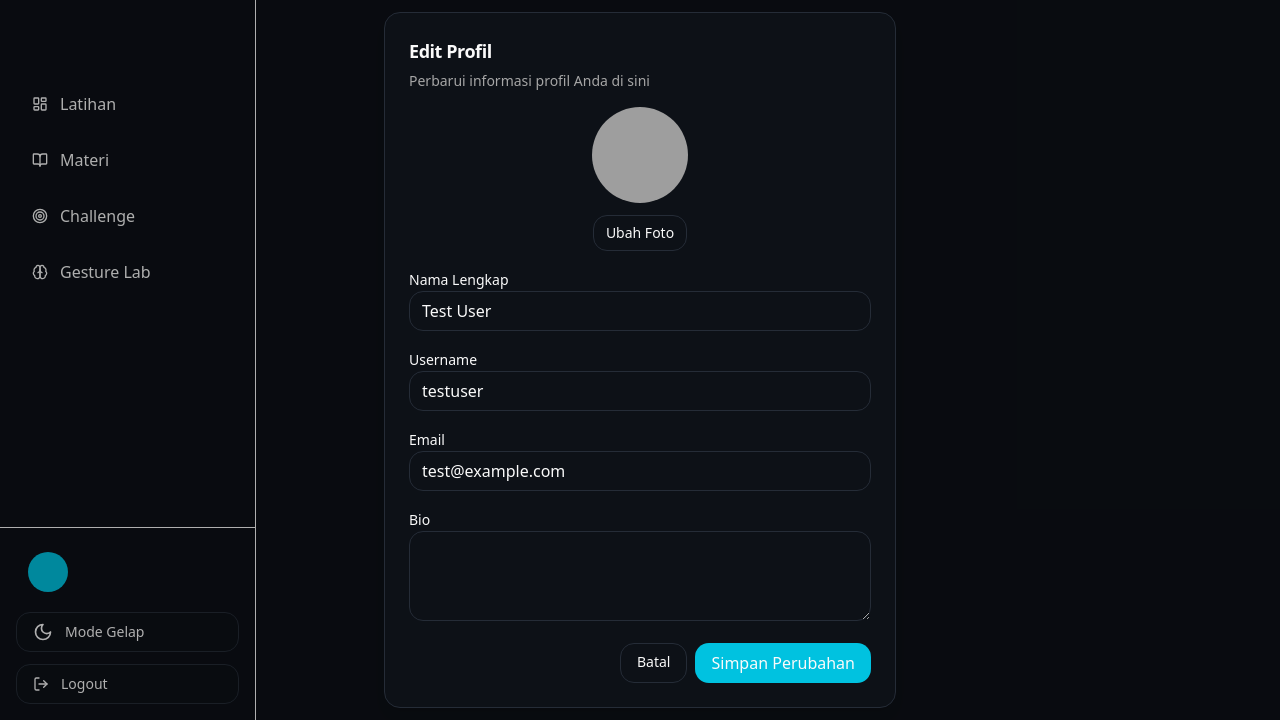
Repository: Tisna7/GESTURA
Page: http://localhost/profile/edit
An editor plug-in stored every save of this project. The page is shown before and after the next save, followed by the edit.
The browser window is 1280 px wide. The pictures show the whole page.
Pictures or frames that could not be fetched are drawn as grey boxes. The page is served by the project's Laravel application, run on PHP 8.4 with Laravel 12. A made-up administrator, Test User (test@example.com), is signed in. Other server files are loaded and not shown. Style sheets and scripts are compiled from the project's sources, by tool versions that may differ from the author's.

Above is the page before, as saved 2025-11-23 14:29:53.

### app/Providers/AppServiceProvider.php
<?php

namespace App\Providers;

use Illuminate\Support\ServiceProvider;

class AppServiceProvider extends ServiceProvider
{
    /**
     * Register any application services.
     */
    public function register(): void
    {

    }

    /**
     * Bootstrap any application services.
     */
    public function boot(): void
    {

    }
}

### routes/web.php
<?php

use Illuminate\Support\Facades\Route;
use App\Http\Controllers\AuthController;
use App\Http\Controllers\ProfileController;

Route::get('/', function () {
    return view('landingpage');
});

Route::get('/auth', [AuthController::class, 'showPage'])->name('auth.page');

// Route::post('/register', [AuthController::class, 'register'])->name('register');

// Route::post('/login', [AuthController::class, 'login'])->name('login');
// Route::post('/logout', [AuthController::class, 'logout'])->name('logout');


// REGISTER
Route::post('/register', [AuthController::class, 'register'])->name('auth.register');

// LOGIN
Route::post('/login', [AuthController::class, 'login'])->name('auth.login');

// LOGIN GUEST
Route::get('/login/guest', [AuthController::class, 'loginGuest'])->name('auth.guest');

// LOGOUT
Route::get('/logout', [AuthController::class, 'logout'])->name('auth.logout');


Route::get('/profile/edit', [ProfileController::class, 'edit'])->name('profile.edit');
Route::post('/profile/update', [ProfileController::class, 'update'])->name('profile.update');


Route::get('/profile', function () {
    return view('user.profile');
});
Route::get('/materi', function () {
    return view('user.materi');
});
Route::get('/gesturelab', function () {
    return view('user.gesture-lab-practice');
});
Route::get('/gesture-lab-translate', function () {
    return view('user.gesture-lab-translate');
});
Route::get('/materi-isi', function () {
    return view('user.materi-isi');
});
Route::get('/latihan', function () {
    return view('user.quiz');
});
Route::get('/Challenge', function () {
    return view('user.challenge');
});
Route::get('/Challenge-isi', function () {
    return view('user.challenge-isi');
});

### app/Http/Controllers/ProfileController.php
<?php

namespace App\Http\Controllers;

use Illuminate\Http\Request;
use Illuminate\Support\Facades\Auth;

class ProfileController extends Controller
{
    public function edit()
    {
        $user = Auth::user();
        return view('user.profile-edit', compact('user'));
    }

    public function update(Request $request)
    {
        $request->validate([
            'name'     => 'required|string|max:255',
            'username' => 'required|string|max:255|unique:users,username,' . Auth::id(),
            'bio'      => 'nullable|string|max:255',
        ]);

        $user = Auth::user();

        $user->update([
            'name'     => $request->name,
            'username' => $request->username,
            'bio'      => $request->bio,
        ]);

        return back()->with('success', 'Profile berhasil diperbarui!');
    }
}

### resources/views/user/profile-edit.blade.php
@extends('app')
@section('title', 'Edit Profil')

@section('content')

{{-- Sidebar --}}
<x-sidebar-user></x-sidebar-user>

{{-- Konten Halaman --}}
<div class="ml-[16rem] p-6">
    {{-- (optional) Isi konten lain di sini --}}
</div>

{{-- ======================== MODAL ======================== --}}
<div class="fixed inset-0 z-50 flex items-center justify-center bg-black/30">

    <div class="w-full max-w-lg bg-background border p-6 shadow-lg rounded-lg animate-in fade-in zoom-in">

        {{-- Header --}}
        <div class="flex flex-col space-y-1.5 text-center sm:text-left">
            <h2 class="text-lg font-semibold">Edit Profil</h2>
            <p class="text-sm text-muted-foreground">Perbarui informasi profil Anda di sini</p>
        </div>

        {{-- Form --}}
        <form action="{{ route('profile.update') }}" method="POST" class="mt-4">
            @csrf

            {{-- FOTO --}}
            <div class="flex flex-col items-center gap-3 mb-4">
                <span class="relative flex overflow-hidden rounded-full h-24 w-24 border-4 border-primary/20">
                    <img class="h-full w-full object-cover"
                         src="https://api.dicebear.com/7.x/avataaars/svg?seed={{ $user->username ?? 'user' }}">
                </span>

                <button type="button"
                    class="inline-flex items-center gap-2 border rounded-md h-9 px-3 text-sm hover:bg-accent hover:text-accent-foreground">
                     Ubah Foto
                </button>
            </div>

            {{-- INPUT --}}
            <div class="space-y-4">

                <div>
                    <label class="text-sm font-medium">Nama Lengkap</label>
                    <input type="text" name="name"
                        value="{{ old('name', $user->name) }}"
                        class="w-full h-10 rounded-md border px-3 py-2">
                </div>

                <div>
                    <label class="text-sm font-medium">Username</label>
                    <input type="text" name="username"
                        value="{{ old('username', $user->username) }}"
                        class="w-full h-10 rounded-md border px-3 py-2">
                </div>

                <div>
                    <label class="text-sm font-medium">Email</label>
                    <input type="email" name="email"
                        value="{{ old('email', $user->email) }}"
                        class="w-full h-10 rounded-md border px-3 py-2">
                </div>

                <div>
                    <label class="text-sm font-medium">Bio</label>
                    <textarea name="bio" rows="3"
                        class="w-full rounded-md border px-3 py-2">{{ old('bio', $user->bio) }}</textarea>
                </div>

            </div>

            {{-- BUTTONS --}}
            <div class="flex justify-end gap-2 pt-4">
                <a href="/profile"
                    class="border rounded-md px-4 py-2 text-sm hover:bg-accent">
                    Batal
                </a>
<a href="/profile">
                <button type="submit"
                    class="bg-primary text-white rounded-md px-4 py-2 hover:bg-primary/90">
                    Simpan Perubahan
                </button>
            </div>
</a>
        </form>

    </div>
</div>

@endsection

### resources/views/components/sidebar-user.blade.php
@php
    use Illuminate\Support\Facades\Auth;
@endphp



<aside
    class="fixed top-0 left-0 h-full bg-sidebar border-r border-sidebar-border shadow-medium z-40 transition-transform duration-300 -translate-x-full lg:translate-x-0 w-64">
    <div class="flex flex-col h-full">

        {{-- LOGO --}}
        <div class="hidden lg:flex items-center gap-2 p-6 border-b border-sidebar-border">
            <div class="w-10 h-10 rounded-full bg-gradient-hero flex items-center justify-center shadow-soft">
                <img src="{{ asset('images/logo.png') }}" alt="MindCare Logo" class="w-8 h-8">
            </div>
            <div>
                <span class="text-xl font-bold bg-gradient-to-r from-primary to-accent bg-clip-text text-transparent block">
                    MindCare
                </span>
            </div>
        </div>

        {{-- MENU --}}
        <nav class="flex-1 p-4 space-y-2 overflow-y-auto mt-16 lg:mt-0">

            {{-- Latihan --}}
            <a class="{{ request()->is('latihan') ? 'bg-sidebar-accent text-sidebar-accent-foreground font-medium shadow-soft'
                : 'text-sidebar-foreground hover:bg-sidebar-accent/50' }}
                flex items-center gap-3 px-4 py-3 rounded-xl transition-smooth"
                href="/latihan">

                <svg xmlns="http://www.w3.org/2000/svg" viewBox="0 0 24 24"
                    fill="none" stroke="currentColor" stroke-width="2"
                    stroke-linecap="round" stroke-linejoin="round"
                    class="lucide lucide-layout-dashboard w-4 h-4">
                    <rect width="7" height="9" x="3" y="3" rx="1"></rect>
                    <rect width="7" height="5" x="14" y="3" rx="1"></rect>
                    <rect width="7" height="9" x="14" y="12" rx="1"></rect>
                    <rect width="7" height="5" x="3" y="16" rx="1"></rect>
                </svg>

                <span>Latihan</span>
            </a>

            {{-- Materi --}}
            <a class="{{ request()->is('materi') ? 'bg-sidebar-accent text-sidebar-accent-foreground font-medium shadow-soft'
                : 'text-sidebar-foreground hover:bg-sidebar-accent/50' }}
                flex items-center gap-3 px-4 py-3 rounded-xl transition-smooth"
                href="/materi">

                <svg xmlns="http://www.w3.org/2000/svg" viewBox="0 0 24 24"
                    fill="none" stroke="currentColor" stroke-width="2"
                    stroke-linecap="round" stroke-linejoin="round"
                    class="lucide lucide-book-open w-4 h-4">
                    <path d="M12 7v14"></path>
                    <path
                        d="M3 18a1 1 0 0 1-1-1V4a1 1 0 0 1 1-1h5a4 4 0 0 1 4 4 4 4 0 0 1 4-4h5a1 1 0 0 1 1 1v13a1 1 0 0 1-1 1h-6a3 3 0 0 0-3 3 3 3 0 0 0-3-3z">
                    </path>
                </svg>

                <span>Materi</span>
            </a>

            {{-- Challenge --}}
            <a class="{{ request()->is('Challenge') ? 'bg-sidebar-accent text-sidebar-accent-foreground font-medium shadow-soft'
                : 'text-sidebar-foreground hover:bg-sidebar-accent/50' }}
                flex items-center gap-3 px-4 py-3 rounded-xl transition-smooth"
                href="/Challenge">

                <svg xmlns="http://www.w3.org/2000/svg" viewBox="0 0 24 24"
                    fill="none" stroke="currentColor" stroke-width="2"
                    stroke-linecap="round" stroke-linejoin="round"
                    class="lucide lucide-target w-4 h-4">
                    <circle cx="12" cy="12" r="10"></circle>
                    <circle cx="12" cy="12" r="6"></circle>
                    <circle cx="12" cy="12" r="2"></circle>
                </svg>

                <span>Challenge</span>
            </a>

            {{-- Gesture Lab --}}
            <a class="{{ request()->is('gesturelab') ? 'bg-sidebar-accent text-sidebar-accent-foreground font-medium shadow-soft'
                : 'text-sidebar-foreground hover:bg-sidebar-accent/50' }}
                flex items-center gap-3 px-4 py-3 rounded-xl transition-smooth"
                href="/gesturelab">

                <svg xmlns="http://www.w3.org/2000/svg" viewBox="0 0 24 24"
                    fill="none" stroke="currentColor" stroke-width="2"
                    stroke-linecap="round" stroke-linejoin="round"
                    class="lucide lucide-brain w-4 h-4">

                    <path d="M12 5a3 3 0 1 0-5.997.125 4 4 0 0 0-2.526 5.77 4 4 0 0 0 .556 6.588A4 4 0 1 0 12 18Z"></path>
                    <path d="M12 5a3 3 0 1 1 5.997.125 4 4 0 0 1 2.526 5.77 4 4 0 0 1-.556 6.588A4 4 0 1 1 12 18Z"></path>
                    <path d="M15 13a4.5 4.5 0 0 1-3-4 4.5 4.5 0 0 1-3 4"></path>

                </svg>

                <span>Gesture Lab</span>
            </a>
        </nav>

        {{-- BOTTOM SECTION --}}
        <div class="p-4 border-t border-sidebar-border space-y-3">

            {{-- User Button --}}
            <button
                class="w-full flex items-center gap-3 px-3 py-2 rounded-xl hover:bg-sidebar-accent transition-smooth"
                type="button">
                <span class="relative flex items-center justify-center shrink-0 overflow-hidden rounded-full w-10 h-10 bg-primary"></span>
                <div class="flex-1 text-left">
                    <p class="text-sm font-medium text-sidebar-foreground"></p>
                    <p class="text-xs text-muted-foreground"></p>
                </div>
            </button>

            {{-- Mode Gelap --}}
            <button
                class="inline-flex items-center whitespace-nowrap rounded-md text-sm font-medium border border-input bg-background hover:bg-accent hover:text-accent-foreground h-10 px-4 py-2 w-full justify-start gap-3 hover:bg-accent transition-smooth">
                <svg xmlns="http://www.w3.org/2000/svg" viewBox="0 0 24 24"
                    fill="none" stroke="currentColor" stroke-width="2"
                    stroke-linecap="round" stroke-linejoin="round"
                    class="lucide lucide-moon w-4 h-4">
                    <path d="M12 3a6 6 0 0 0 9 9 9 9 0 1 1-9-9Z"></path>
                </svg>
                <span>Mode Gelap</span>
            </button>

            {{-- Logout --}}
            <form action="" method="POST">
                @csrf
                <button type="submit"
                    class="inline-flex items-center whitespace-nowrap rounded-md text-sm font-medium border border-input bg-background hover:bg-accent hover:text-accent-foreground h-10 px-4 py-2 w-full justify-start gap-3">

                    <svg xmlns="http://www.w3.org/2000/svg" viewBox="0 0 24 24"
                        fill="none" stroke="currentColor" stroke-width="2"
                        stroke-linecap="round" stroke-linejoin="round"
                        class="lucide lucide-log-out w-4 h-4">
                        <path d="M9 21H5a2 2 0 0 1-2-2V5a2 2 0 0 1 2-2h4"></path>
                        <polyline points="16 17 21 12 16 7"></polyline>
                        <line x1="21" x2="9" y1="12" y2="12"></line>
                    </svg>

                    <span>Logout</span>
                </button>
            </form>

        </div>
    </div>
</aside>




<script>
    const html = document.documentElement;
    const toggleDark = document.querySelector('.hover\\:bg-accent'); // tombol "Mode Gelap"
    const icon = toggleDark.querySelector('svg');
    const label = toggleDark.querySelector('span');

    // Cek tema yang tersimpan
    const storedTheme = localStorage.getItem("theme");
    const systemPrefersDark = window.matchMedia("(prefers-color-scheme: dark)").matches;

    // Fungsi ubah tema
    function setTheme(dark) {
        if (dark) {
            html.classList.add("dark");
            localStorage.setItem("theme", "dark");
            label.textContent = "Mode Terang";
            icon.outerHTML = `
        <svg xmlns="http://www.w3.org/2000/svg" width="24" height="24"
          viewBox="0 0 24 24" fill="none" stroke="currentColor"
          stroke-width="2" stroke-linecap="round" stroke-linejoin="round"
          class="lucide lucide-sun w-5 h-5">
          <circle cx="12" cy="12" r="4"></circle>
          <path d="M12 2v2"></path>
          <path d="M12 20v2"></path>
          <path d="m4.93 4.93 1.41 1.41"></path>
          <path d="m17.66 17.66 1.41 1.41"></path>
          <path d="M2 12h2"></path>
          <path d="M20 12h2"></path>
          <path d="m6.34 17.66-1.41 1.41"></path>
          <path d="m19.07 4.93-1.41 1.41"></path>
        </svg>`;
        } else {
            html.classList.remove("dark");
            localStorage.setItem("theme", "light");
            label.textContent = "Mode Gelap";
            icon.outerHTML = `
        <svg xmlns="http://www.w3.org/2000/svg" width="24" height="24"
          viewBox="0 0 24 24" fill="none" stroke="currentColor"
          stroke-width="2" stroke-linecap="round" stroke-linejoin="round"
          class="lucide lucide-moon w-5 h-5">
          <path d="M12 3a6 6 0 0 0 9 9 9 9 0 1 1-9-9Z"></path>
        </svg>`;
        }
    }

    // Terapkan tema saat load pertama
    setTheme(storedTheme === "dark" || (!storedTheme && systemPrefersDark));

    // Tambahkan event listener untuk toggle
    toggleDark.addEventListener("click", () => {
        setTheme(!html.classList.contains("dark"));
    });
</script>

### resources/views/app.blade.php
<!DOCTYPE html>
<html lang="id">
<head>
  <meta charset="UTF-8">
  <meta name="viewport" content="width=device-width, initial-scale=1.0">
  <meta name="csrf-token" content="{{ csrf_token() }}">
  <link rel="icon" type="image/png" href="{{ asset('images/logo.png') }}">
  <title>@yield('title', 'GESTURA')</title>

  <!-- Tailwind CSS -->
  {{-- @vite('public/build/app-Lz3KVd0D.css') --}}
  {{-- <!-- @vite('resources/css/app.css') --> --}}
   {{-- <!-- @vite('public/build/assets/app-TBPMHXQo.css') --> --}}

  @vite(['resources/css/app.css', 'resources/css/theme.css'])

  <script defer src="https://cdn.jsdelivr.net/npm/alpinejs@3.x.x/dist/cdn.min.js"></script>

</head>
<body>
  @yield('content')
</body>
</html>

### resources/css/app.css
@import 'tailwindcss';
@import "./theme.css";

@source '../../vendor/laravel/framework/src/Illuminate/Pagination/resources/views/*.blade.php';
@source '../../storage/framework/views/*.php';
@source '../**/*.blade.php';
@source '../**/*.js';

@theme {
    --font-sans: 'Instrument Sans', ui-sans-serif, system-ui, sans-serif, 'Apple Color Emoji', 'Segoe UI Emoji',
        'Segoe UI Symbol', 'Noto Color Emoji';

    --color-background: #ffabcc;
}

Loaded but not shown: app/Models/User.php (common file); app/Http/Controllers/Controller.php (common file); resources/css/theme.css (library)

After the next save:
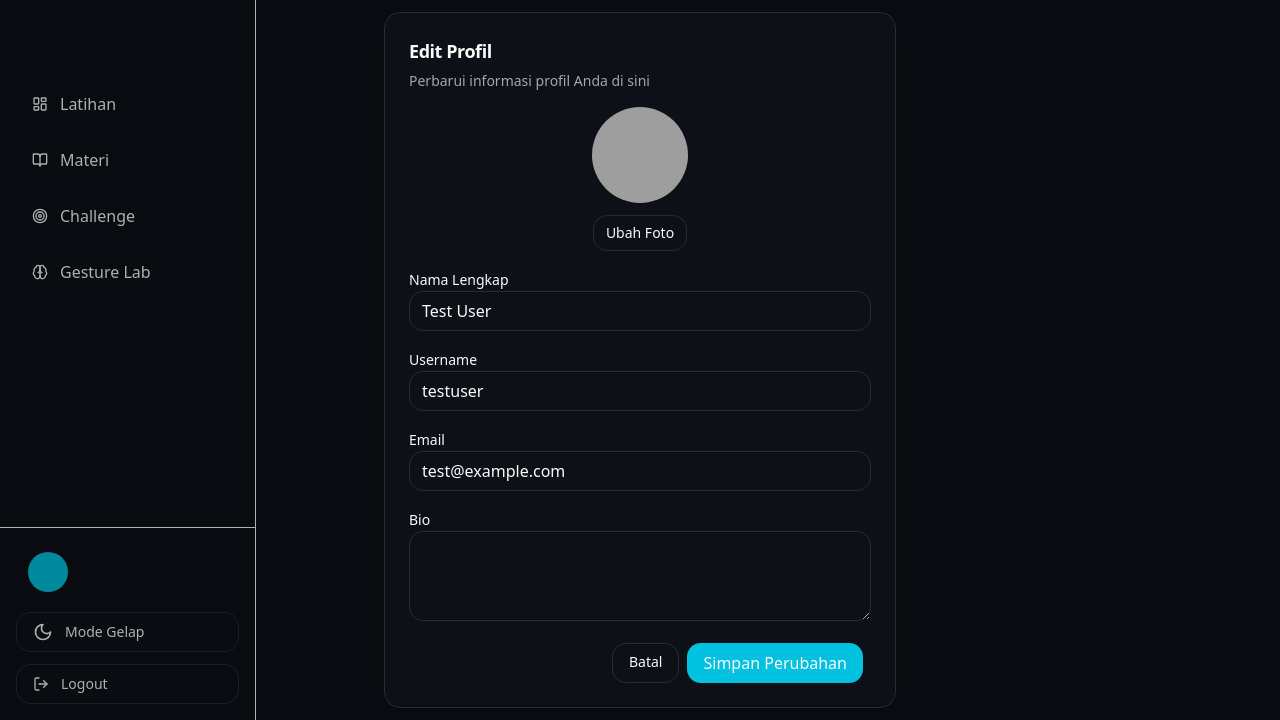
Saved 41 s later.
--- a/resources/views/user/profile-edit.blade.php
+++ b/resources/views/user/profile-edit.blade.php
@@ -77,9 +77,9 @@
                     class="border rounded-md px-4 py-2 text-sm hover:bg-accent">
                     Batal
                 </a>
-<a href="/profile">
                 <button type="submit"
-                    class="bg-primary text-white rounded-md px-4 py-2 hover:bg-primary/90">
+                    class="bg-primary text-white rounded-md px-4 py-2 hover:bg-primary/90"><a href="/profile">
+
                     Simpan Perubahan
                 </button>
             </div>

After the save that followed:
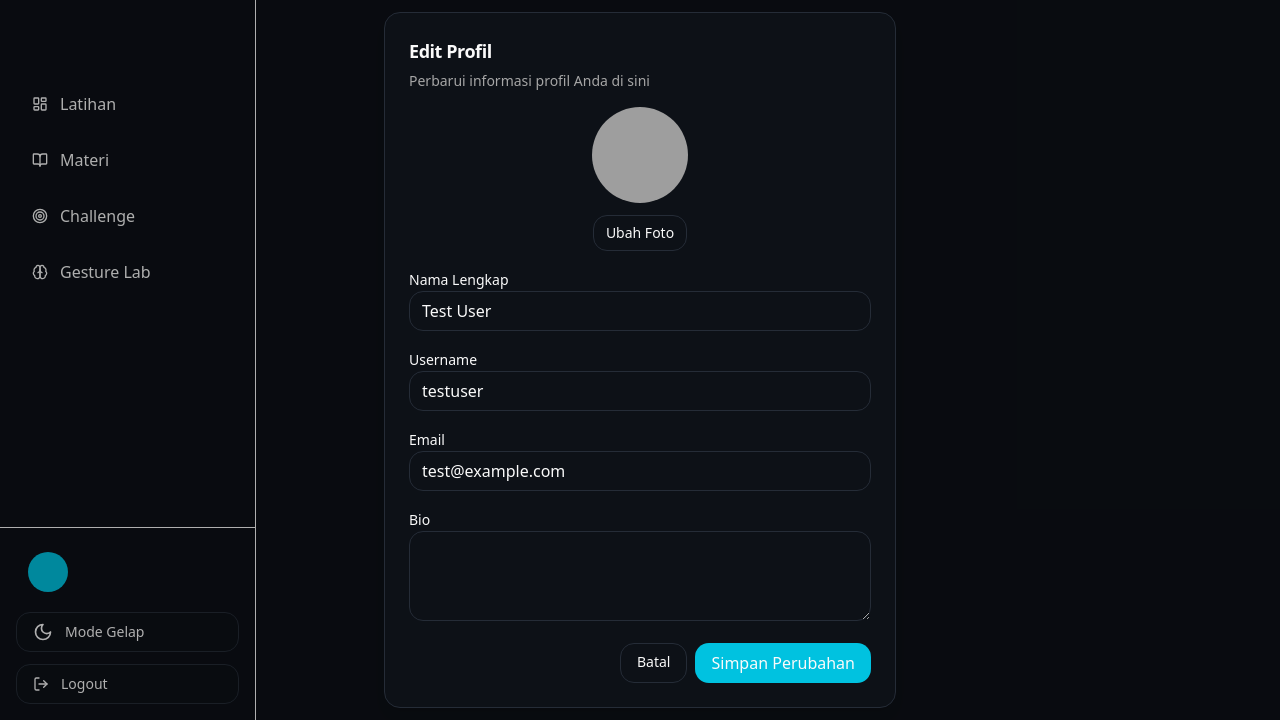
Saved 10 s later.
--- a/resources/views/user/profile-edit.blade.php
+++ b/resources/views/user/profile-edit.blade.php
@@ -77,9 +77,9 @@
                     class="border rounded-md px-4 py-2 text-sm hover:bg-accent">
                     Batal
                 </a>
+<a href="/profile">
                 <button type="submit"
-                    class="bg-primary text-white rounded-md px-4 py-2 hover:bg-primary/90"><a href="/profile">
-
+                    class="bg-primary text-white rounded-md px-4 py-2 hover:bg-primary/90">
                     Simpan Perubahan
                 </button>
             </div>
